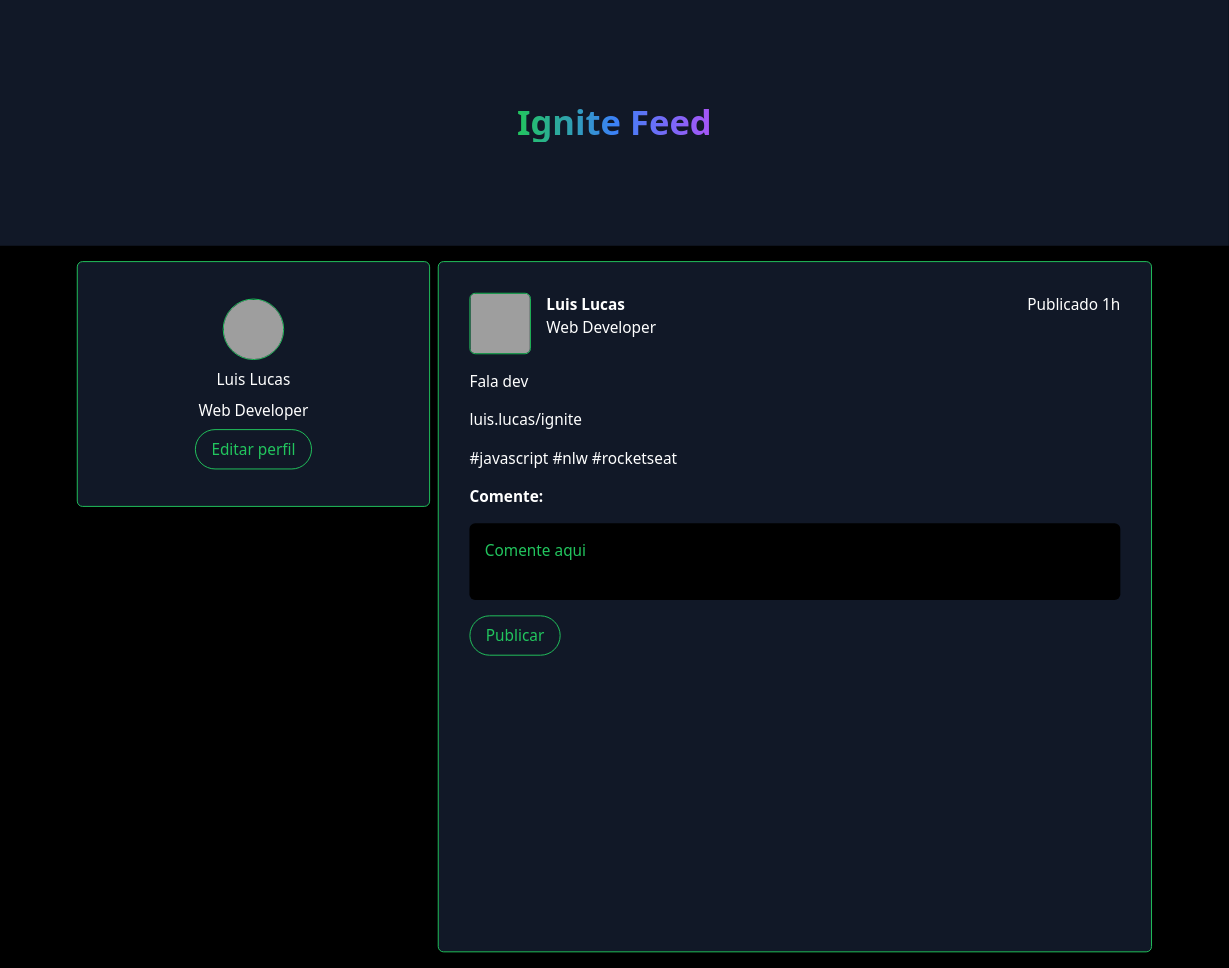
Repository: LuisSempre/ignite-feed
Page: /
The author's editor kept a copy of each file at every save. The page is drawn from the files as they stood at one save, then again after the next save.
The browser window is 1280 px wide. The pictures show the whole page, at 96% of full size.
Pictures or frames that could not be fetched are drawn as grey boxes. The project was rebuilt for these pictures with package versions that can differ from the ones it lists, and the page was loaded fresh each time. Also part of the build but not shown: vite.config.js.

Above is the page before, as saved 2022-07-14 00:10:49.

### src/App.jsx
import { Header } from "./Components/Header"
import { Sidebar } from "./Components/Sidebar"
import { Post } from "./Components/Post"
function App() {
  return (
    <div>
      <Header />
      <div className="max-w-6xl mx-auto p-4 grid grid-cols-3 gap-2 items-start">
        <Sidebar />
        <div className="col-span-2">
         <Post />
        </div>
      </div>
    </div>
  );
}

export default App;

### src/index.css
@tailwind base;
@tailwind components;
@tailwind utilities;

body {
    @apply bg-black text-white;
}

### src/Components/Header.jsx
export function Header() {
  return (
    <div className="flex items-center justify-center h-64 bg-gray-900 mx-auto w-full">
      <h1 className="text-4xl font-bold text-transparent bg-clip-text bg-gradient-to-r from-green-500  via-blue-500 to-purple-500">Ignite Feed</h1>
    </div>
  )
}

### src/Components/Sidebar.jsx
export function Sidebar() {
  return (
    <div className="rounded-md bg-gray-900 justify-center items-center flex flex-col text-center h-64 space-y-2  border border-green-500">
        <img
          className="w-16 h-16 rounded-full overflow-hidden object-cover border border-green-500"
          src="https://avatars.githubusercontent.com/u/32404639?v=4"
          alt=""
        />
        <h1>Luis Lucas</h1>
        <span>Web Developer</span>
        <a
          href=""
          className="border border-green-500 px-4 py-2 rounded-full text-green-500"
        >
          Editar perfil
        </a>
    </div>
  );
}

### src/Components/Post.jsx
export function Post() {
  return (
    <div className=" bg-gray-900 rounded-md h-screen space-y-4 p-8 border border-green-500">
      <div className="flex justify-between ">
        <div className="flex gap-4">
          <img
            className="h-16 w-16 border border-green-500 rounded-md"
            src="https://github.com/luissempre.png"
            alt=""
          />
          <div className="flex flex-col">
            <strong>Luis Lucas </strong>
            <span>Web Developer</span>
          </div>
        </div>
        <div>
          <time dataTime="2022-05-11 08:13:00">Publicado 1h</time>
        </div>
      </div>
      <div className="space-y-4">
        <p>Fala dev</p>
        <p>luis.lucas/ignite</p>
        <p>#javascript #nlw #rocketseat</p>
      </div>

      <form className="flex flex-col justify-start items-start space-y-4">
        <strong>Comente:</strong>
        <textarea
          className="w-full rounded-md bg-black placeholder-green-500 p-4 resize-none focus:-green-500"
          placeholder="Comente aqui"
        />
          <button
            type="submit"
            className="border border-green-500 rounded-full px-4 py-2 text-green-500"
          >
            Publicar
          </button>
      </form>
    </div>
  );
}

Loaded but not shown: index.html (common file); src/main.jsx (common file); tailwind.config.js (common file)

After the next save:
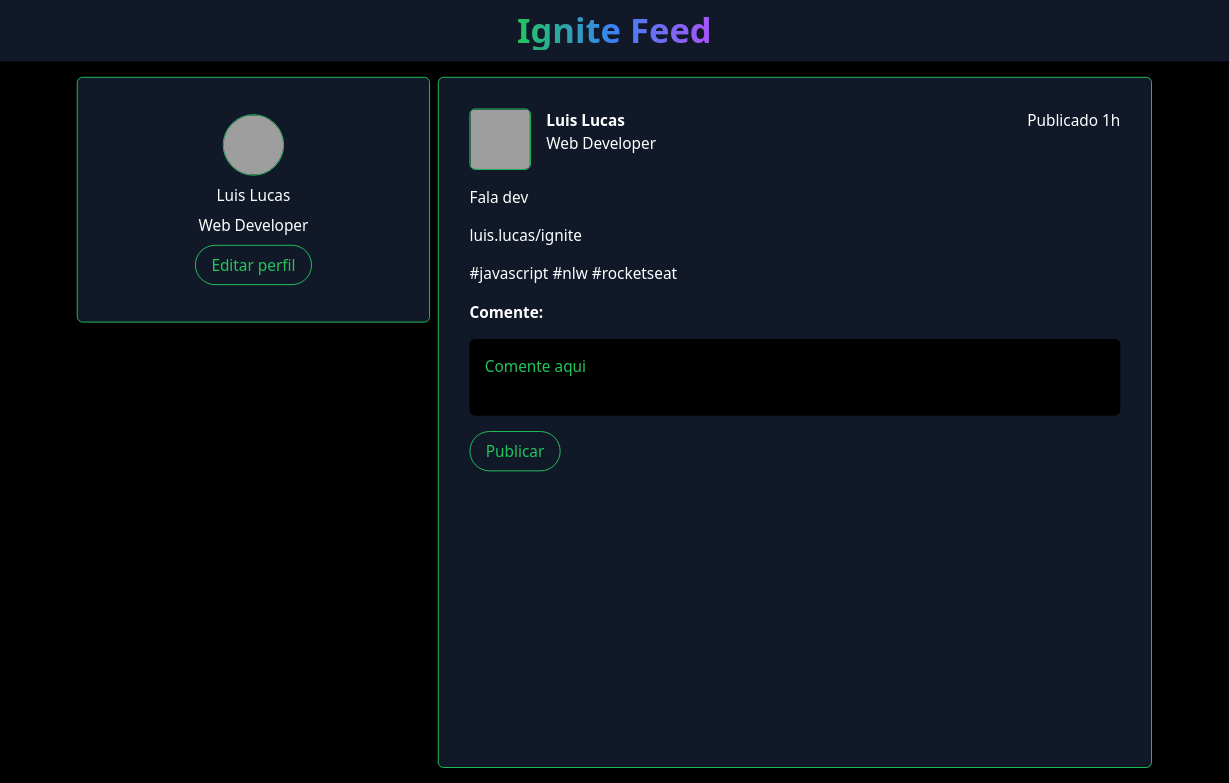
Saved 6 s later.
--- a/src/Components/Header.jsx
+++ b/src/Components/Header.jsx
@@ -1,6 +1,6 @@
 export function Header() {
   return (
-    <div className="flex items-center justify-center h-64 bg-gray-900 mx-auto w-full">
+    <div className="flex items-center justify-center h-16 bg-gray-900 mx-auto w-full">
       <h1 className="text-4xl font-bold text-transparent bg-clip-text bg-gradient-to-r from-green-500  via-blue-500 to-purple-500">Ignite Feed</h1>
     </div>
   )
